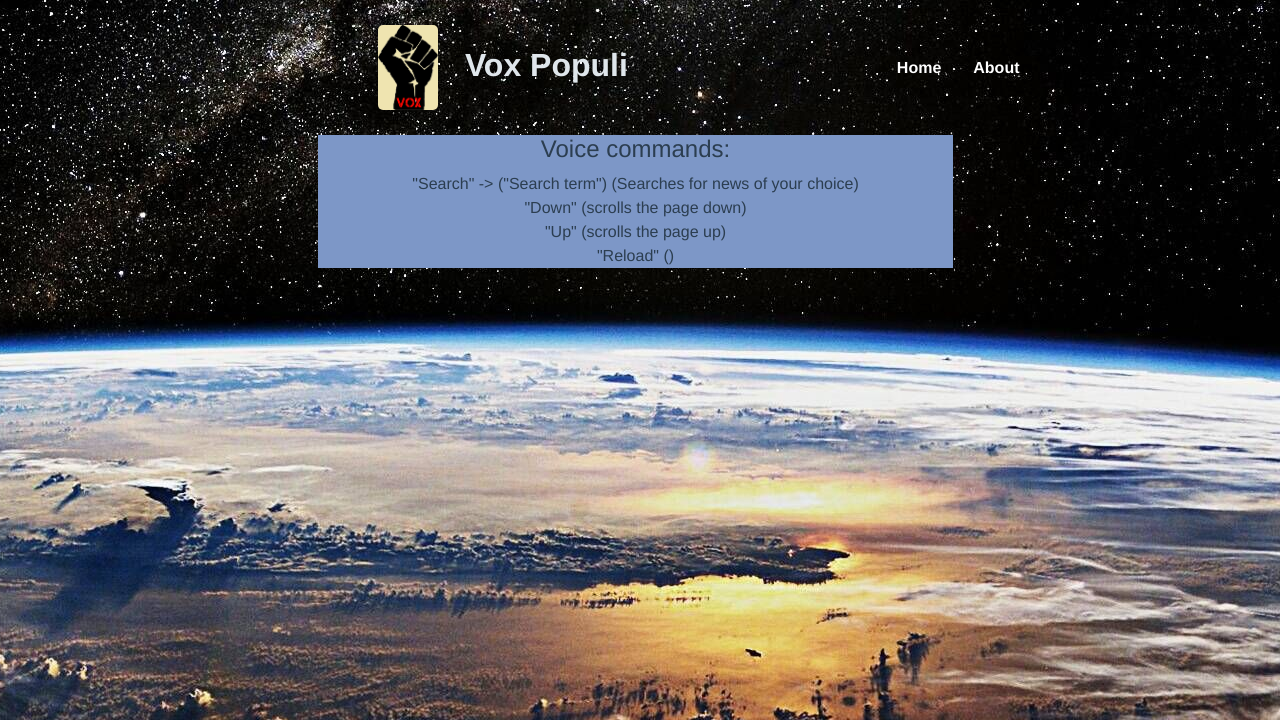
Repository: mseparov/vox-populi
Page: /about (app in vox-populi/)
The author's editor kept a copy of each file at every save. The page is drawn from the files as they stood at one save, then again after a run of saves.
The browser window is 1280 px wide. The pictures show the whole page.
The project was rebuilt for these pictures with package versions that can differ from the ones it lists, and the page was loaded fresh each time. Also part of the build but not shown: vox-populi/src/components/NewsArticle.vue, vox-populi/src/views/Home.vue.

Above is the page before, as saved 2021-08-23 23:43:48.

### vox-populi/public/index.html
<!DOCTYPE html>
<html lang="">
  <head>
    <meta charset="utf-8">
    <meta http-equiv="X-UA-Compatible" content="IE=edge">
    <meta name="viewport" content="width=device-width,initial-scale=1.0">
    <link rel="icon" href="<%= BASE_URL %>favicon.ico">
    <title><%= htmlWebpackPlugin.options.title %></title>
    <!-- CSS only -->
    <link href="https://cdn.jsdelivr.net/npm/bootstrap@5.1.0/dist/css/bootstrap.min.css" rel="stylesheet" integrity="sha384-KyZXEAg3QhqLMpG8r+8fhAXLRk2vvoC2f3B09zVXn8CA5QIVfZOJ3BCsw2P0p/We" crossorigin="anonymous">
  </head>
  <body>
    <noscript>
      <strong>We're sorry but <%= htmlWebpackPlugin.options.title %> doesn't work properly without JavaScript enabled. Please enable it to continue.</strong>
    </noscript>
    <div id="app"></div>
    <!-- built files will be auto injected -->
  </body>
</html>

### vox-populi/src/App.vue
<template>
  <div id="app">
    <nav id="nav" class="navbar navbar-expand-lg navbar-light">

      <!-- <div class="container-fluid"> -->
      <a class="navbar-brand" href="http://localhost:8080/">
      <img src="@/assets/Vox2.png" id="home_title" alt="" width="60"  class="d-inline-block align-text-centre logo">
      &nbsp; Vox Populi
      </a>

          <router-link to="/" id="nav_ele1" class="nav-link">Home</router-link>

          <router-link to="/about" id="nav_ele2" class="nav-link">About</router-link>


    </nav>

    <router-view/>

  </div>

</template>

<style lang="scss">

body{
background-color: rgba(157, 207, 219, 0.61);
background: url("assets/background.jpg") no-repeat center center fixed;

height: 100vh; //100% view height
width:  99.3vw; //100% view width
overflow-x:hidden;
}

#app {
  font-family: Avenir, Helvetica, Arial, sans-serif;
  -webkit-font-smoothing: antialiased;
  -moz-osx-font-smoothing: grayscale;
  text-align: center;
  color: #2c3e50;
}

#nav {
  padding: 20px;
  width: 100vw;
  background-color: #3998cf;
  background: url("assets/background.jpg") no-repeat center center fixed;
  a {
    font-weight: bold;
    color: #ffffff;
    text-decoration: none;

    &.router-link-exact-active {
      color: #ffffff;
    }
  }

  #nav_ele1{
    margin-left: 48%;
  }

  .logo{
    border-radius: 5px;
    margin-left: 143.5%;
  }

  a.navbar-brand{
    font-size: 2rem;
    color: #dfe6eb;
  }

}
</style>

### vox-populi/src/views/About.vue
<template>
  <div class="about">
    <h4>Voice commands:
    </h4>

     <p>"Search" -> ("Search term") (Searches for news of your choice)
       <br>
       "Down" (scrolls the page down)
       <br>
       "Up" (scrolls the page up)
       <br>
       "Reload" ()

     </p>
  </div>
</template>


<script>

</script>


<style>
.about{
  background:rgb(125, 151, 199);
  width: 50%;
  margin-left: auto;
  margin-right: auto;
}

</style>

Loaded but not shown: vox-populi/src/main.js (common file); vox-populi/src/router/index.js (common file)

After the next 3 saves:
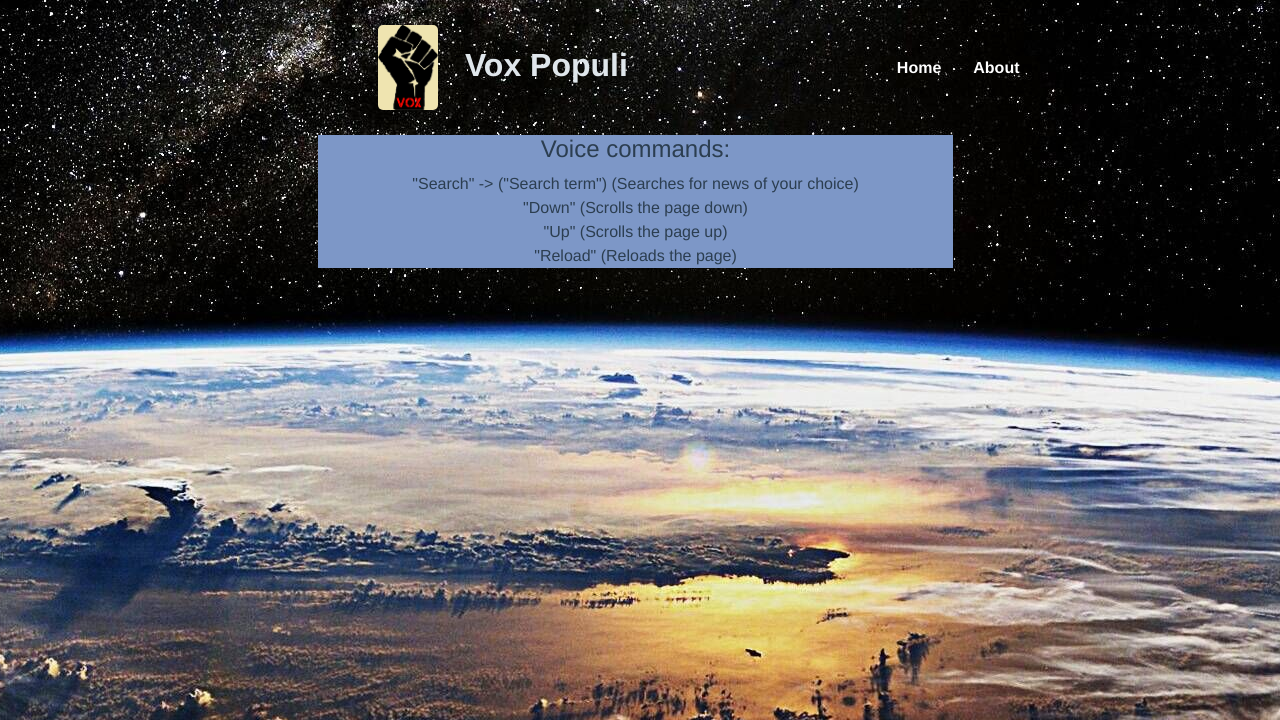
The 3 saves are shown as one change because they came seconds apart.
The last was saved 10 s later.
--- a/vox-populi/src/views/About.vue
+++ b/vox-populi/src/views/About.vue
@@ -5,11 +5,11 @@
 
      <p>"Search" -> ("Search term") (Searches for news of your choice)
        <br>
-       "Down" (scrolls the page down)
+       "Down" (Scrolls the page down)
        <br>
-       "Up" (scrolls the page up)
+       "Up" (Scrolls the page up)
        <br>
-       "Reload" ()
+       "Reload" (Reloads the page)
 
      </p>
   </div>
